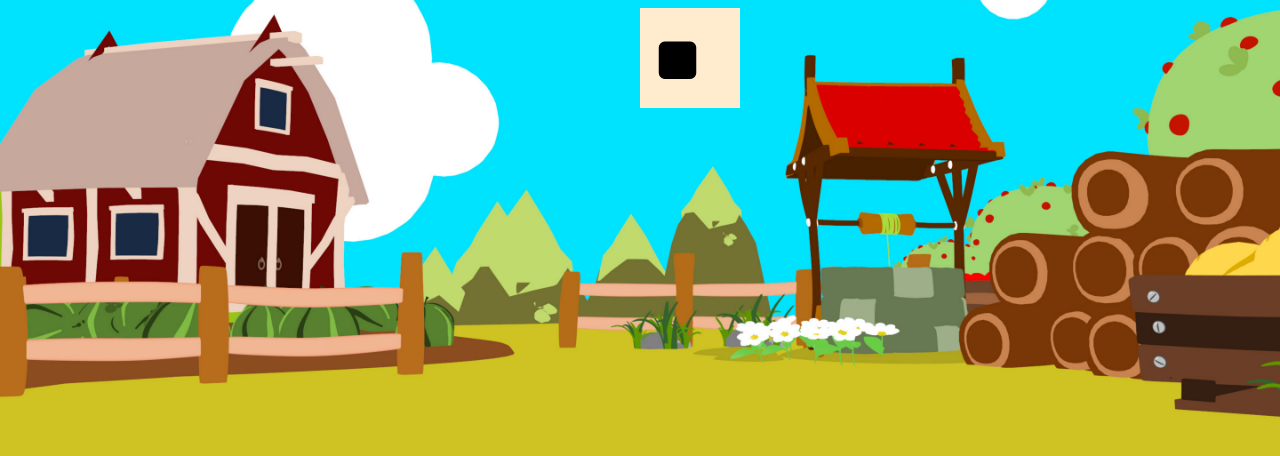
Repository: rumor1993/DreamCoding-Browser101
Page: Chapter07/index.html
The author's editor kept a copy of each file at every save. The page is drawn from the files as they stood at one save, then again after the next save.
The browser window is 1280 px wide. The pictures show the whole page.
Some web libraries are served in a nearby version.

Above is the page before, as saved 2021-01-01 13:31:02.

After the next save:
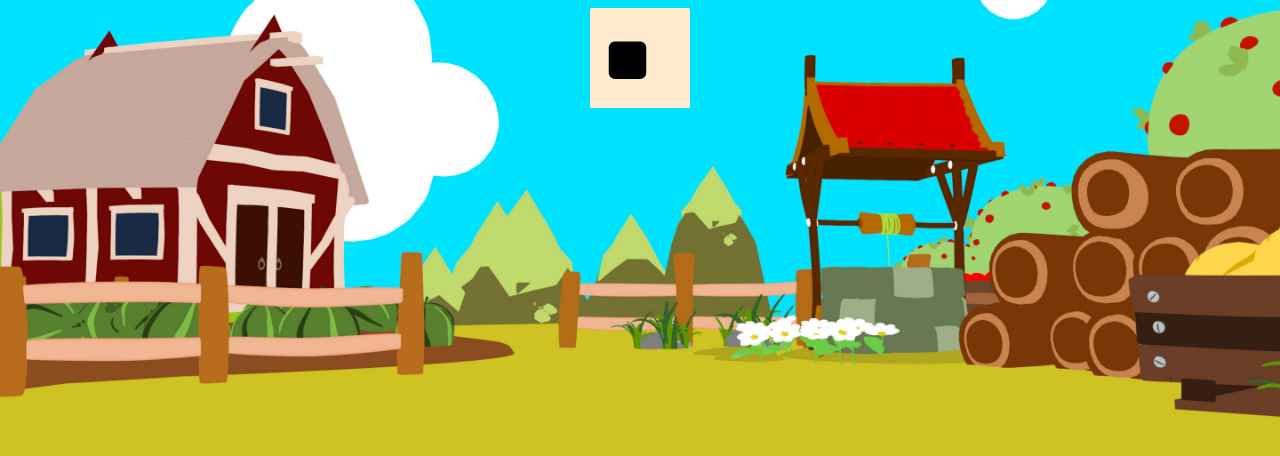
Saved 29 s later.
--- a/Chapter07/index.html
+++ b/Chapter07/index.html
@@ -17,7 +17,7 @@
         width: 100px;
         height: 100px;
         font-size: 50px;
-        left: 50%;
+        margin: auto;
       }
 
       .stop i {
